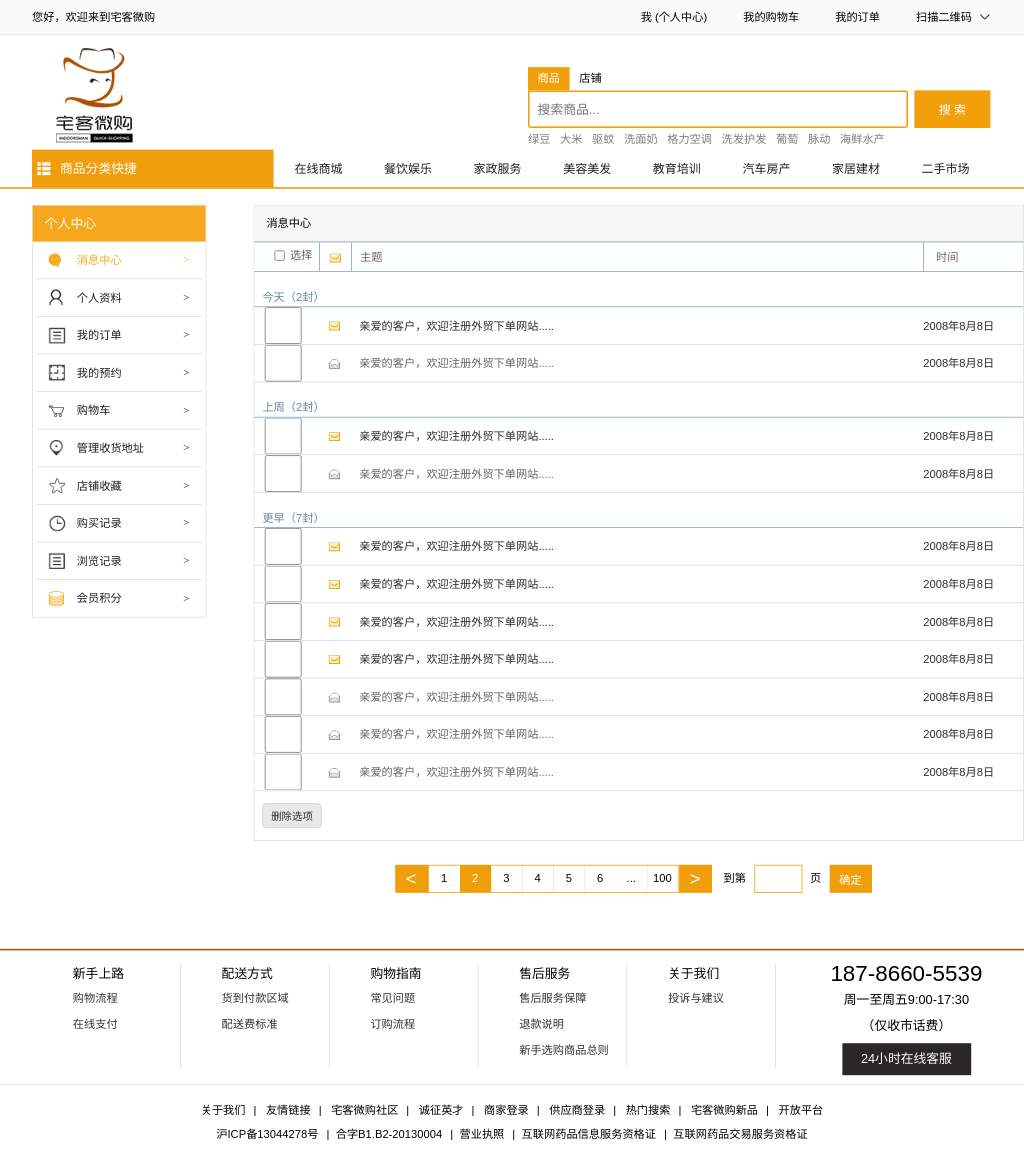
Repository: hucongting/MobliePhoneMall
Page: http://localhost/HelloMall/home/my_message.jsp
The author's editor kept a copy of each file at every save. The page is drawn from the files as they stood at one save, then again after the next save.
The browser window is 1280 px wide. The pictures show the whole page, at 80% of full size.
The page is served by Tomcat 9. Nobody is signed in. The application's start-up code is not run.

Above is the page before, as saved 2018-09-01 06:34:51.

After the next save:
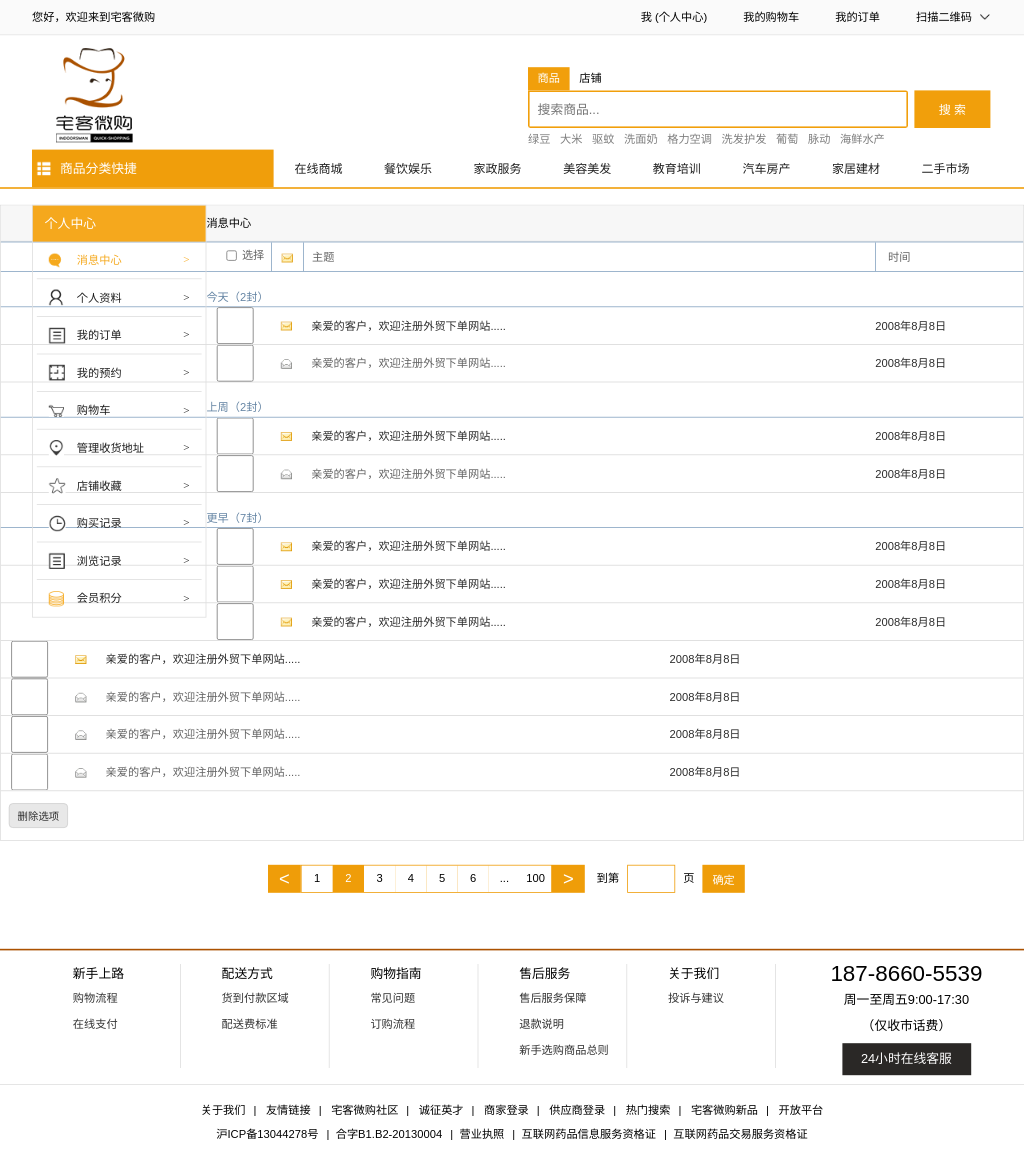
Saved 16 s later.
--- a/HelloMall/src/main/webapp/home/my_message.jsp
+++ b/HelloMall/src/main/webapp/home/my_message.jsp
@@ -37,7 +37,7 @@
             </ul>
         </div>
     </div>
-    	<div class="personal-r f-r">
+
         	<div class="personal-right">
                 <div class="personal-r-tit">
                     <h3>消息中心</h3>

After the save that followed:
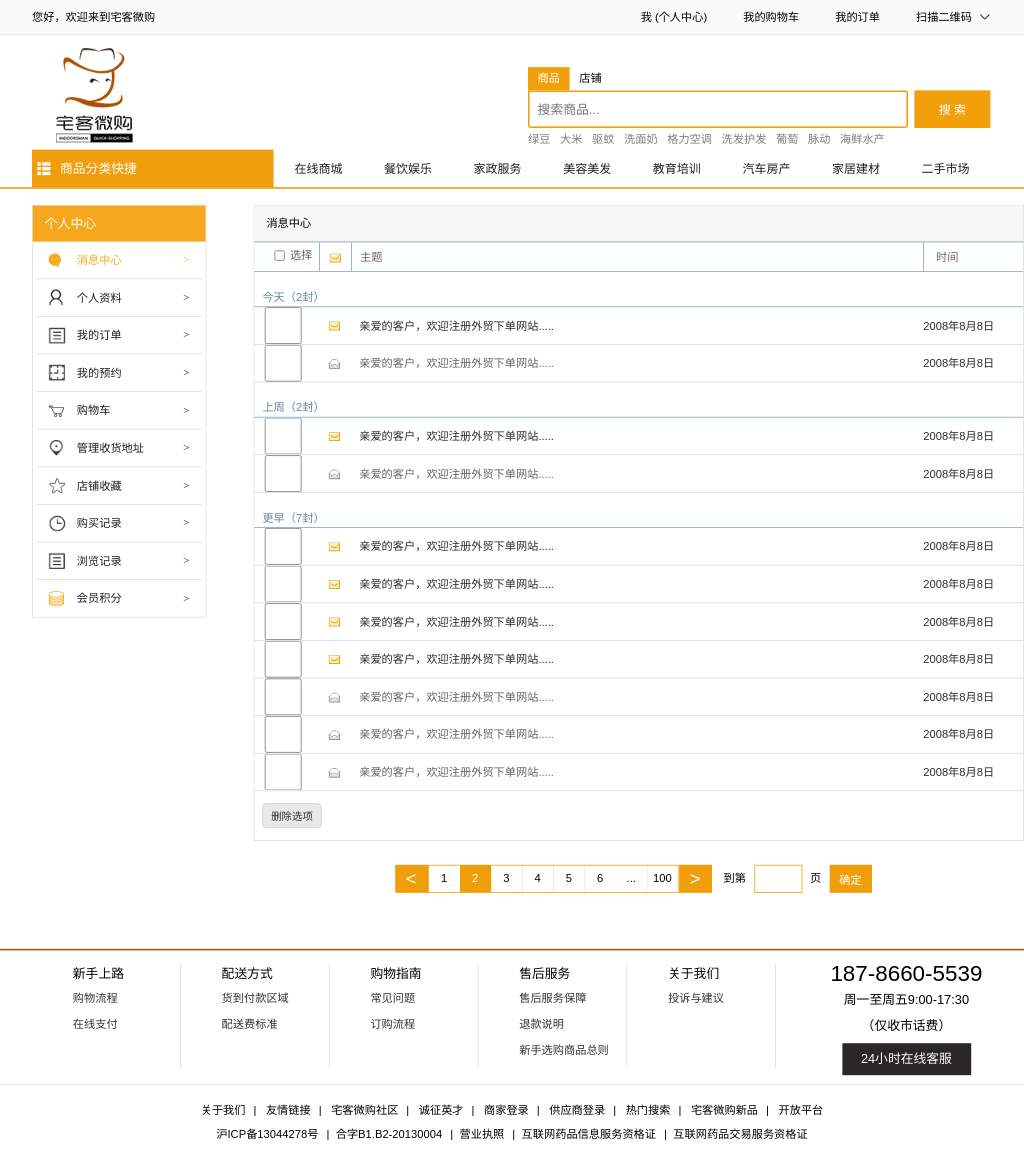
Saved 8 s later.
--- a/HelloMall/src/main/webapp/home/my_message.jsp
+++ b/HelloMall/src/main/webapp/home/my_message.jsp
@@ -37,7 +37,7 @@
             </ul>
         </div>
     </div>
-
+    	<div class="personal-r f-r">
         	<div class="personal-right">
                 <div class="personal-r-tit">
                     <h3>消息中心</h3>
